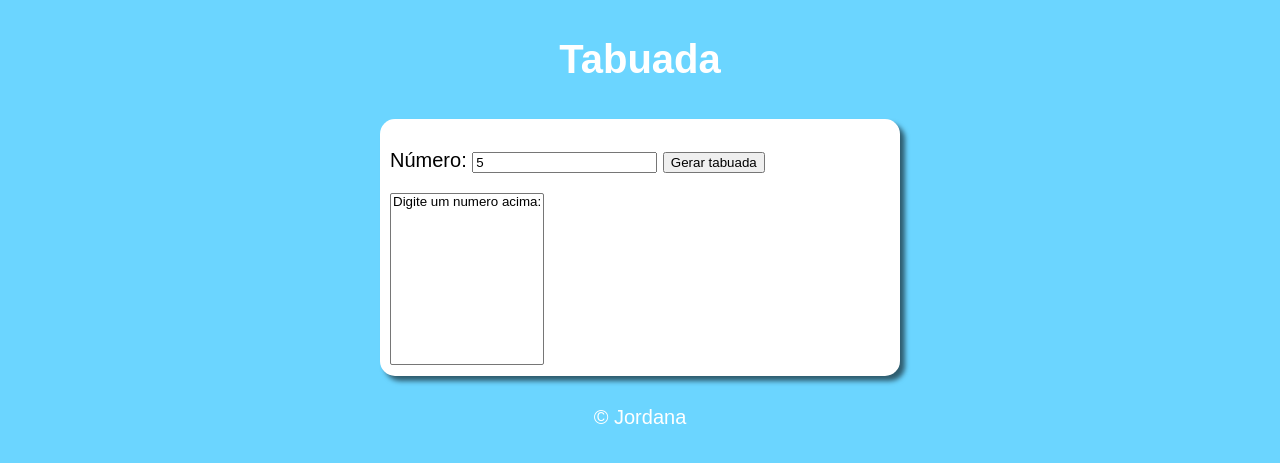
Repository: Iamjordana/Curso-JavaScript
Page: desafio/d04/index.html
The author's editor kept a copy of each file at every save. The page is drawn from the files as they stood at one save, then again after a run of saves.
The browser window is 1280 px wide. The pictures show the whole page.
Empty fields were first filled with sample values (such as "Sample", 5 or name@example.com).
After loading, the first visible `input[onclick="tabuada()"]` was clicked once.

Above is the page before, as saved 2025-03-19 12:08:41.
Console error: SyntaxError: Invalid or unexpected token

### desafio/d04/index.html
<!DOCTYPE html>
<html lang="pt-br">
<head>
    <meta charset="UTF-8">
    <meta name="viewport" content="width=device-width, initial-scale=1.0">
    <title>Modelo Exercicio 2</title>
    <link rel="stylesheet" href="style.css">
</head>
<body>
    <header>
        <h1>Tabuada</h1>
    </header>
    <section>
        <div>
           <p>Número: <input type="number" name="num" id="txtn">  <input type="button" value="Gerar tabuada" onclick="tabuada()"></p>
        </div>
        <div><select name="tabuada" id="seltab" size ='10'>
            <option value="">Digite um numero acima:</option>
        </select></div>

    </section>
    <footer>
        <p>&copy; Jordana</p>
    </footer>
    <script src="script.js"></script>
</body>
</html>

### desafio/d04/style.css
@charset "UTF-8";

body {
  font: normal 15pt Arial, sans-serif;
  background-color: #6bd5ff;
  margin: 0;
  padding: 0;
}

header {
  color: white;
  text-align: center;
  padding: 10px 0;
}


section {
  background-color: white;
  padding: 10px;
  border-radius: 15px;
  width: 500px;
  margin: auto;
  box-shadow: rgba(0, 0, 0, 0.568) 5px 5px 5px;
}

footer {
  color: #ffffff;
  text-align: center;
  padding: 10px 0;
  border-radius: 15px;
}

### desafio/d04/script.js
function tabuada(){
 var num = document.getElementById('txtn')
 var tab = document.getElementById('seltab')

    if ((num.value.length ) == 0){
        window.alert('Por favor, digite um número!')
    } else {
       /* var n =  Number(num.value)
        var c = 1
        tab.innerHTML = ''
        while (c <=10 ){
            var item =  document.createElement ('option')
            item.text = `${n} x ${c} = ${n*c}`
            item.value = `tab${c}`
            tab.appendChild(item)
            c++}
        }


}

After the next 8 saves:
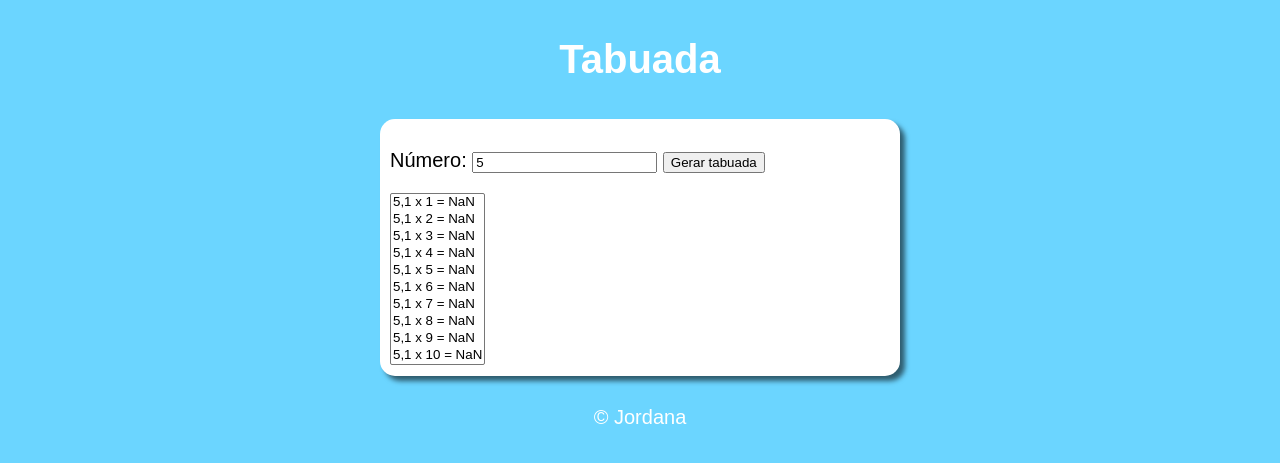
The error is gone.
The 8 saves are shown as one change because they came seconds apart.
The last was saved 18 s later.
--- a/desafio/d04/script.js
+++ b/desafio/d04/script.js
@@ -6,7 +6,8 @@ function tabuada(){
         window.alert('Por favor, digite um número!')
     } else {
        /* var n =  Number(num.value)
-        var c = 1
+        var c = 1 */
+        let n = [Number(num.value), c=1]
         tab.innerHTML = ''
         while (c <=10 ){
             var item =  document.createElement ('option')
